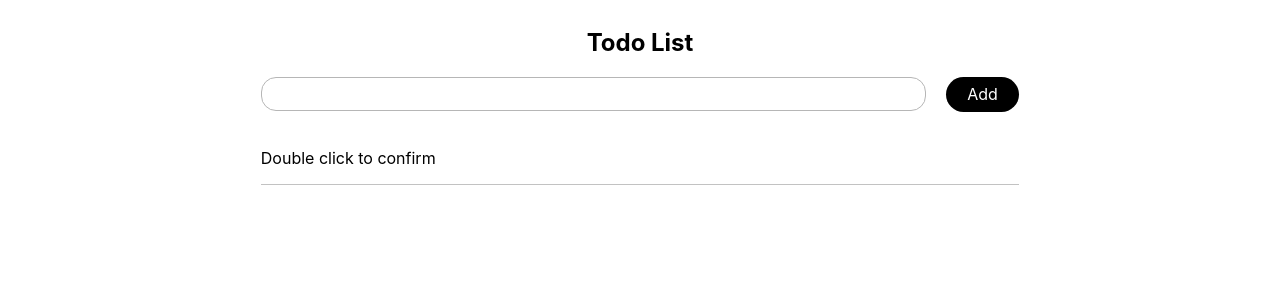
Repository: irenewuu/comp4130_checklist
Page: index.html
An editor plug-in stored every save of this project. The page is shown before and after the next save, followed by the edit.
The browser window is 1280 px wide. The pictures show the whole page.

Above is the page before, as saved 2022-01-12 15:26:31.

After the next save:
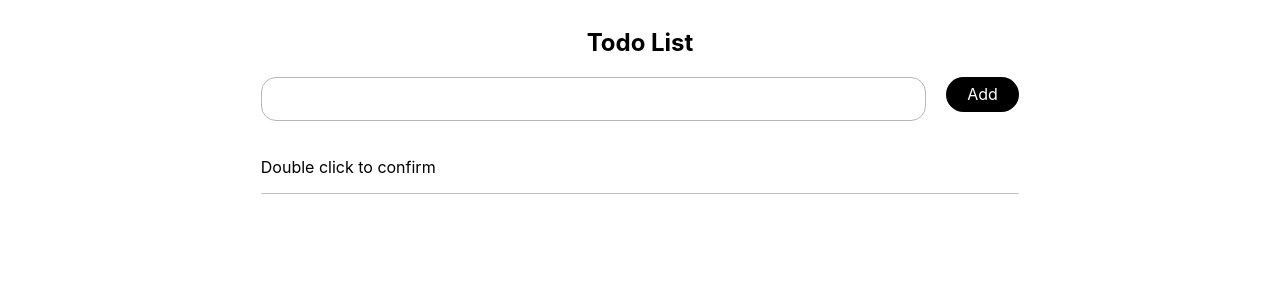
Saved 10 s later.
--- a/style.css
+++ b/style.css
@@ -23,7 +23,7 @@
 }
 .text {
   width: 90%;
-  height: 30px;
+  height: 40px;
   border-radius: 15px;
   border: 1px solid rgb(182, 182, 182);
 }

After the save that followed:
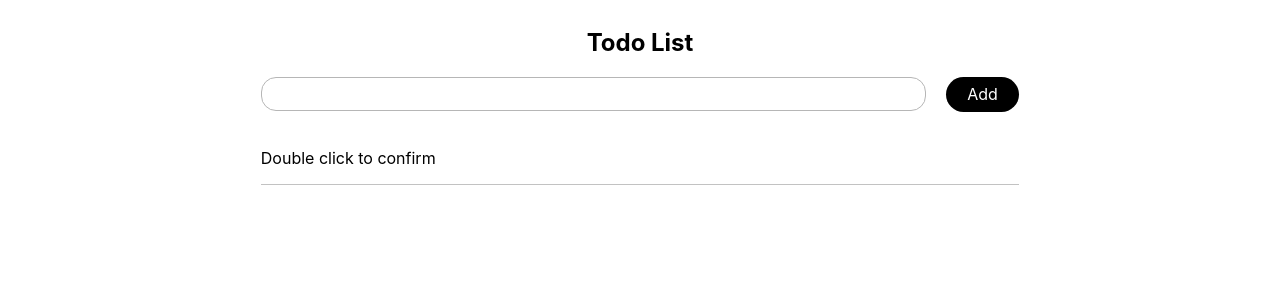
Saved 4 s later.
--- a/style.css
+++ b/style.css
@@ -23,7 +23,7 @@
 }
 .text {
   width: 90%;
-  height: 40px;
+  height: 30px;
   border-radius: 15px;
   border: 1px solid rgb(182, 182, 182);
 }
